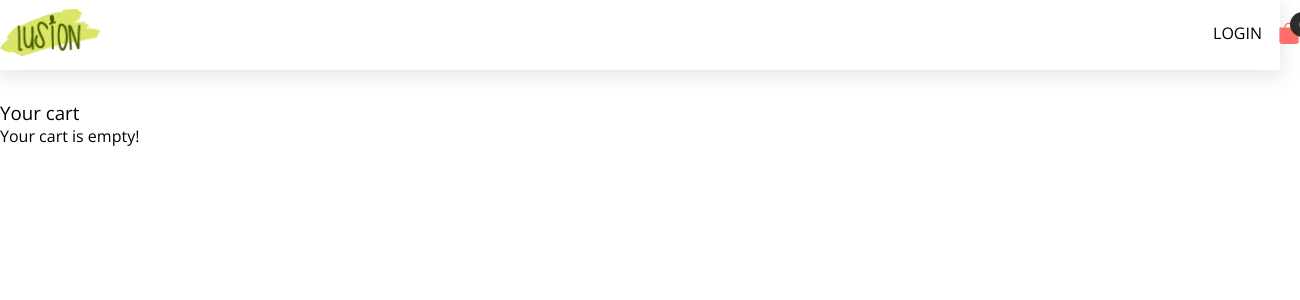
Repository: tanquangyds/Iviettech-project
Page: /cart
The author's editor kept a copy of each file at every save. The page is drawn from the files as they stood at one save, then again after the next save.
The browser window is 1280 px wide. The page is 1300 px wide, so the pictures cover 1300 px, including what lies to the right of the window. The pictures show the whole page.
The project was rebuilt for these pictures with package versions that can differ from the ones it lists, and the page was loaded fresh each time. Also part of the build but not shown: src/pages/Layouts/Auth.jsx, src/hooks/index.jsx, src/components/RolesGuard/AuthGuard.jsx, src/components/RolesGuard/GuestGuard.jsx, src/components/RolesGuard/LoadingScreen.jsx. Imported but missing from the stored project, and not drawn on this page: src/hooks/useAuth.

Above is the page before, as saved 2021-04-10 20:32:19.

### public/index.html
<!DOCTYPE html>
<html lang="en">
  <head>
    <meta charset="utf-8" />
    <link rel="icon" href="%PUBLIC_URL%/favicon.ico" />
    <meta name="viewport" content="width=device-width, initial-scale=1" />
    <meta name="theme-color" content="#000000" />
    <meta
      name="description"
      content="Web site created using create-react-app"
    />
    <link rel="apple-touch-icon" href="%PUBLIC_URL%/logo192.png" />
    <link rel="manifest" href="%PUBLIC_URL%/manifest.json" />
    <title>Redux eCommerce</title>
    <link href="https://fonts.googleapis.com/css2?family=Open+Sans:wght@300;400;600;800&display=swap" rel="stylesheet">
  </head>
  <body>
    <noscript>You need to enable JavaScript to run this app.</noscript>
    <div id="root"></div>
  </body>
</html>

### src/App.js
import {BrowserRouter as Router, Route} from "react-router-dom"
import {Provider} from "react-redux";
import { createBrowserHistory } from 'history';
import store from "./redux/store";
import { AuthProvider } from './contexts/AuthContext';
import routes, { renderRoutes } from './routes';
import './App.css';

const history = createBrowserHistory();
function App() {
  return (
    <Router>
      <Provider store={store}>
        <AuthProvider>
          {renderRoutes(routes)}
        </AuthProvider>
      </Provider>
    </Router>
  );
}

export default App;

### src/redux/store.js
import {createStore, applyMiddleware} from "redux";
import createSagaMiddleware from 'redux-saga';
import rootReducer from './reducers/rootReducer';
import { devToolsEnhancer } from 'redux-devtools-extension';
import rootSaga from './saga/index';
// create the saga middleware
const sagaMiddleware = createSagaMiddleware();
// mount it on the Store
const store = createStore(rootReducer, applyMiddleware(sagaMiddleware));
// then run the saga
sagaMiddleware.run(rootSaga)

export default store;

### src/contexts/AuthContext.jsx
/* eslint-disable import/order */
/* eslint-disable object-shorthand */
import React, { createContext, useEffect, useReducer, ReactNode } from "react";
import { useHistory } from "react-router-dom";
import { ROUTES } from "../constants/routes";
import axios from "axios";

const initialAuthState = {
  isAuthenticated: false,
  isInitialize: false,
  user: null,
};

const reducer = (state, action) => {
  switch (action.type) {
    case "INITIALIZE": {
      const { isAuthenticated, user } = action.payload;

      return {
        ...state,
        isAuthenticated,
        isInitialize: true,
        user,
      };
    }
    case "LOGIN": {
      const { user, isAuthenticated } = action.payload;

      return {
        ...state,
        isAuthenticated,
        user,
      };
    }
    case "LOGOUT": {
      return {
        ...state,
        isAuthenticated: false,
        user: null,
      };
    }

    default: {
      return { ...state };
    }
  }
};

const AuthContext = createContext({
  ...initialAuthState,
  login: () => Promise.resolve(),
  logout: () => {},
  changePassword: () => Promise.resolve(),
});

export const AuthProvider = (props) => {
  const [state, dispatch] = useReducer(reducer, initialAuthState);
  const history = useHistory();

  const login = async (username, password) => {
    try {
      // To do something.
      dispatch({
        type: "LOGIN",
        payload: {
          user: {}, // TODO: pass user data from login function above
          isAuthenticated: true,
        },
      });
    } catch (error) {
      console.log(error);
    }
  };

  const logout = async () => {
    try {
      //
      dispatch({ type: "LOGOUT" });
    } catch (error) {
      console.log("error signing out: ", error);
    }
  };

  const changePassword = async (oldPassword, newPassword) => {
    try {
      //  TODO: change password
    } catch (error) {
      console.log(error);
    }
  };

  useEffect(() => {
    const initialize = async () => {
      try {
        const User = await localStorage.getItem("UserInfo");
        console.log(User);
        if (User) {
          dispatch({
            type: "INITIALIZE",
            payload: {
              user: {},
              isAuthenticated: true,
            },
          })
        } else {
          dispatch({
            type: "INITIALIZE",
            payload: {
              user: null,
              isAuthenticated: false,
            },
          })
        }
      } catch (err) {
        dispatch({
          type: "INITIALIZE",
          payload: {
            user: null,
            isAuthenticated: false,
          },
        });
      }
    };

    initialize();
  }, []);

  if (!state.isInitialize) {
    // TODO: return Splash screen here
    return null;
  }

  return (
    <AuthContext.Provider
      value={{
        ...state,
        login,
        logout,
        changePassword,
      }}
    >
      {props.children}
    </AuthContext.Provider>
  );
};

export default AuthContext;

### src/routes.js
import React, { Suspense, Fragment, lazy } from 'react';
import { Switch, Redirect, Route } from 'react-router-dom';
import AuthLayout from './pages/Layouts/Auth';
import VerticalLayout from './pages/Layouts/Vertical';
import { AuthGuard, GuestGuard, LoadingScreen } from './components/RolesGuard/index';

import { ROUTES } from './constants/routes';

export const renderRoutes = (routes)=> {
  return (
    <Suspense fallback={<LoadingScreen />}>
      <Switch>
        {routes.map((route, i) => {
          console.log(route.guard, route.title)
          const Guard = route.guard || Fragment;
          const Layout = route.layout || Fragment;
          const Component = route.component;
          return (
            <Route
              key={i.toString()}
              path={route.path}
              exact={route.exact}
              render={(props) => (
                <Guard>
                  <Layout>
                    {route.routes ? (
                      renderRoutes(route.routes)
                    ) : (
                      <Component {...props} />
                    )}
                  </Layout>
                </Guard>
              )}
            />
          );
        })}
      </Switch>
    </Suspense>
  );
}

const routes = [
  {
    title: "Login",
    exact: true,
    path: ROUTES.LOGIN,
    component: lazy(() => import('./pages/SignIn/SignIn')),
  },
  {
    title: "Home",
    exact: true,
    path: ROUTES.HOME,
    layout: VerticalLayout,
    component: lazy(() => import('./pages/Home/Home')),
  },
  {
    title: "detail",
    exact: true,
    path: ROUTES.DETAIL,
    layout: VerticalLayout,
    component: lazy(() => import('./pages/Details/Details')),
  },
  {
    title: "Cart",
    exact: true,
    path: ROUTES.CART,
    layout: VerticalLayout,
    component: lazy(() => import('./pages/Cart/Cart')),
  },
  {
    title: "Checkout",
    path: ROUTES.CHECKOUT,
    guard: AuthGuard,
    layout: VerticalLayout,
    component: lazy(() => import('./pages/CheckOut/CheckOut')),
  },
  {
    path: '*',
    component: lazy(() => import('./pages/Notfound/Notfound')),
  }
];

export default routes;

### src/App.css
* {
  margin: 0;
  padding: 0;
  box-sizing: border-box;
}
:root {
  --white: #fff;
  --black: #000;
  --lightBlack: #2c2c2c;
  --main: #ff6e68;
}
body {
  font-family: "Open Sans", sans-serif;
}
.container {
  width: 1300px;
  margin: 0 auto;
}
.nav {
  width: 100%;
  height: 70px;
  box-shadow: 0 5px 20px 2px rgba(0, 0, 0, 0.1);
  position: fixed;
  top: 0;
  background: var(--white);
  z-index: 1;
}
.nav__container {
  width: 100%;
  display: flex;
  align-items: center;
  height: 70px;
  justify-content: space-between;
}
.nav__left img {
  width: 100px;
}
.header {
  background: url("./assets/images/banner.webp");
  width: 100%;
  height: 100vh;
}
a {
  text-decoration: none;
}
.cart-icon {
  color: var(--main);
  font-size: 22px;
}
.basket {
  position: relative;
}
.basket span {
  display: flex;
  align-items: center;
  justify-content: center;
  position: absolute;
  right: -15px;
  top: -10px;
  width: 25px;
  height: 25px;
  background: var(--lightBlack);
  border-radius: 50%;
  color: var(--white);
  font-size: 12px;
}
.row {
  display: flex;
  width: 100%;
  flex-wrap: wrap;
}
.col-2 {
  width: 16.33333333333333%;
}
.col-3 {
  width: 25%;
}
.col-6 {
  width: 50%;
}
.col-9 {
  width: 75%;
}
.mt-100 {
  margin-top: 100px;
}
.product {
  padding: 25px;
  width: 100%;
  overflow: hidden;
}
.product__img {
  width: 100%;
  height: 350px;
  overflow: hidden;
}
.product__img img {
  width: 100%;
  height: 100%;
  transition: all 0.5s linear;
}
.product__img img:hover {
  transform: scale(1.2);
}

.product__name {
  margin: 10px 0;
  text-transform: capitalize;
  color: #707070;
}
.product__discount__price {
  text-align: right;
  font-size: 18px;
}
.product__price .discount {
  color: silver;
  font-weight: 400;
  font-size: 13px;
}
.actualPrice {
  text-decoration: line-through;
  font-size: 18px;
}
.details__image {
  width: 100%;
  height: auto;
  padding-right: 30px;
}
.details__image img {
  width: 100%;
  height: auto;
  margin-bottom: 25px;
}
.details__name {
  font-size: 28px;
  color: #2c2c2c;
  font-weight: 400;
  text-transform: capitalize;
}
.details__prices {
  margin: 10px 0;
}
.details__actaul {
  text-decoration: line-through;
  font-size: 20px;
}
.details__discount {
  margin-left: 20px;
  font-size: 20px;
}
.details__incDec {
  display: flex;
}
.dec,
.inc,
.quantity {
  width: 60px;
  height: 60px;
  border: 1px solid silver;
  display: flex;
  align-items: center;
  justify-content: center;
}
.quantity {
  border-left: none;
  border-right: none;
}
.inc,
.dec {
  cursor: pointer;
}
.btn-default {
  margin-left: 10px;
  width: 100%;
  border: none;
  background: var(--main);
  color: var(--white);
  outline: none;
  font-size: 18px;
  text-transform: uppercase;
  cursor: pointer;
}
.details__p {
  margin-top: 15px;
}
.details__p h4 {
  font-weight: 600;
  margin-bottom: 10px;
  font-size: 18px;
}
/* cart */
.cart {
  margin-top: 100px;
}
.cart h3 {
  font-weight: 400;
}
.cart__heading {
  background: #f4f6f8;
  padding: 10px;
}
.cart__image img {
  width: 100px;
  height: 100px;
  object-fit: contain;
}
.verticalAlign {
  align-items: center;
  margin-top: 10px;
}
.text-center {
  text-align: center;
}
.cart__remove {
  cursor: pointer;
}
.summary {
  padding-left: 10px;
}
.summary__heading {
  background: #f4f6f8;
  padding: 10px;
}
.summary__details {
  background: var(--main);
  color: var(--white);
  padding: 15px;
}
.mb-10 {
  margin-bottom: 10px;
}
.checkout {
  border: none;
  cursor: pointer;
  outline: none;
  background: var(--white);
  color: var(--main);
  width: 100%;
  padding: 12px 5px;
  font-size: 17px;
  text-transform: uppercase;
}
@media (max-width: 765px) {
  .container {
    width: 100%;
    padding: 0 30px;
  }
  .col-3 {
    width: 50%;
  }
  .col-2 {
    width: 100%;
    text-align: center;
    padding: 5px;
  }
  .col-6 {
    width: 100%;
  }
  .col-9 {
    width: 100%;
  }
  .details__image {
    padding-right: 0;
  }
  .cart__heading {
    display: none;
  }
  .summary-col {
    width: 100% !important;
  }
  .cart__incDec {
    display: flex;
    justify-content: center;
  }
  .cart h3 {
    text-align: center;
  }
}
@media (max-width: 400px) {
  .col-3 {
    width: 100%;
  }
  .col-2 {
    width: 100%;
  }
  .col-6 {
    width: 100%;
  }
  .details__image {
    padding-right: 0;
  }
}

### src/redux/reducers/rootReducer.js
import { combineReducers } from 'redux';
import ProductsReducer from './ProductsReducer';
import CartReducer from './CartReducer';

const rootReducer = combineReducers({
    products: ProductsReducer,
    cart: CartReducer,
});
export default rootReducer;

### src/redux/saga/index.js
import { all } from 'redux-saga/effects';
import productsSaga from './productsSaga';

export default function* rootSaga() {
    yield all([productsSaga()])
}

### src/constants/routes.js
export const ROUTES = {
  HOME: '/',
  DETAIL: '/details/:id',
  CART: '/cart',
  LOGIN: '/login',
  CHECKOUT: '/checkout'
};

### src/pages/Layouts/Vertical.jsx
import React, { PropsWithChildren, Suspense } from 'react';
import Nav from '../../components/NavTop/NavTop';

const loading = () => <div className="text-center" />;

const VerticalLayout = (props) => {
  return (
    <div className="app">
      <div id="wrapper">
        <div className="content-page">
          <div className="content">
            <div>
              <Nav/>
              <Suspense fallback={loading()}>{props.children}</Suspense>
            </div>
          </div>
        </div>
      </div>
    </div>
  );
};

export default VerticalLayout;

### src/components/RolesGuard/index.js
export * from './AuthGuard';
export * from './GuestGuard';
export * from './LoadingScreen';

### src/pages/Cart/Cart.js
import React from "react";
import { useSelector, useDispatch } from "react-redux";
import currencyFormatter from "currency-formatter";
import { BsDash, BsPlus } from "react-icons/bs";
import { BsReverseBackspaceReverse } from "react-icons/bs";
const Cart = () => {
  const { products, totalQuantities, totalPrice } = useSelector(
    (state) => state.cart
  );
  const dispatch = useDispatch();

  return (
    <div className="cart">
      <div className="container">
        <h3>Your cart</h3>
        {products.length > 0 ? (
          <>
            <div className="row">
              <div className="col-9">
                <div className="cart__heading">
                  <div className="row">
                    <div className="col-2">Picture</div>
                    <div className="col-2">Name</div>
                    <div className="col-2">Price</div>
                    <div className="col-2">Inc/Dec</div>
                    <div className="col-2">Total Price</div>
                    <div className="col-2">Remove</div>
                  </div>
                </div>
                {products.map((product) => (
                  <div className="row verticalAlign" key={product.id}>
                    <div className="col-2">
                      <div className="cart__image">
                        <img src={product.poster[0].url} alt="" />
                      </div>
                    </div>
                    <div className="col-2">
                      <div className="cart__name">{product.name}</div>
                    </div>
                    <div className="col-2">
                      <div className="cart__price">
                        {currencyFormatter.format(product.discountPrice, {
                          code: "USD",
                        })}
                      </div>
                    </div>
                    <div className="col-2">
                      <div className="details__info cart__incDec">
                        <div className="details__incDec">
                          <span
                            className="dec"
                            onClick={() =>
                              dispatch({ type: "DEC", payload: product.id })
                            }
                          >
                            <BsDash />
                          </span>
                          <span className="quantity">{product.quantity}</span>
                          <span
                            className="inc"
                            onClick={() =>
                              dispatch({ type: "INC", payload: product.id })
                            }
                          >
                            <BsPlus />
                          </span>
                        </div>
                      </div>
                    </div>
                    <div className="col-2">
                      <div className="cart__total text-center">
                        {currencyFormatter.format(
                          product.discountPrice * product.quantity,
                          { code: "USD" }
                        )}
                      </div>
                    </div>
                    <div className="col-2">
                      <div
                        className="cart__remove"
                        onClick={() =>
                          dispatch({ type: "REMOVE", payload: product.id })
                        }
                      >
                        <BsReverseBackspaceReverse />
                      </div>
                    </div>
                  </div>
                ))}
              </div>
              <div className="col-3 summary-col">
                <div className="summary">
                  <div className="summary__heading">Summary</div>
                  <div className="summary__details">
                    <div className="row mb-10">
                      <div className="col-6">Total Items:</div>
                      <div className="col-6">{totalQuantities}</div>
                    </div>
                    <div className="row mb-10">
                      <div className="col-6">Total Price</div>
                      <div className="col-6">
                        {currencyFormatter.format(totalPrice, { code: "USD" })}
                      </div>
                    </div>
                    <button type="button" className="checkout">
                      Checkout
                    </button>
                  </div>
                </div>
              </div>
            </div>
          </>
        ) : (
          "Your cart is empty!"
        )}
      </div>
    </div>
  );
};

export default Cart;

### src/redux/reducers/ProductsReducer.js
import * as types from '../actions/Constants'
const initState = {
    products: [],
    product: {},
    loading: false,
    error: null,
    totalCount: 0,
}

function ProductsReducer(state = initState, action) {
    switch (action.type) {
        case types.GET_PRODUCTS_REQUEST:
            return {
                ...state,
                loading: true,
            }
        case types.GET_PRODUCTS_SUCCESS:
            return {
                ...state,
                loading: false,
                products: action.products.data,
                totalCount: action.products.count
            }
        case types.GET_PRODUCTS_FAILED:
            return {
                ...state,
                loading: false,
                error: action.message
            }
        case types.GET_PRODUCT_REQUEST:
            return {
                ...state,
                loading: true,
            }
        case types.GET_PRODUCT_SUCCESS:
            return {
                ...state,
                loading: false,
                product: action.product,
            }
        case types.GET_PRODUCT_FAILED:
            return {
                ...state,
                loading: false,
                error: action.message
            }
        default:
            return state
    }
}

export default ProductsReducer;

### src/redux/saga/productsSaga.js
import { call, put, takeLatest } from "redux-saga/effects";
import * as types from "../actions/Constants";
import axios from "axios";

const apiUrl = "http://localhost:3001/products";

function getProducts() {
  return axios
    .get(apiUrl)
    .then((response) => {
      return {
        count: parseInt(response.headers["x-total-count"]),
        data: response.data,
      };
    })
    .catch((e) => {
      throw e;
    });
}
function getProduct(params) {
  const urlWithParams = `${apiUrl}/${params}`;
  return axios
    .get(urlWithParams)
    .then((response) => {
      return response.data;
    })
    .catch((e) => {
      throw e;
    });
}

function* fetchData(action) {
  try {
    const products = yield call(getProducts);
    yield put({ type: types.GET_PRODUCTS_SUCCESS, products: products });
  } catch (e) {
    yield put({ type: types.GET_PRODUCTS_FAILED, message: e.message });
  }
}

function* fetchProduct(action) {
  try {
    const product = yield call(getProduct, action.payload);
    yield put({ type: types.GET_PRODUCT_SUCCESS, product: product });
  } catch (e) {
    yield put({ type: types.GET_PRODUCT_FAILED, message: e.message });
  }
}

function* productsSaga() {
  yield takeLatest(types.GET_PRODUCTS_REQUEST, fetchData);
  yield takeLatest(types.GET_PRODUCT_REQUEST, fetchProduct);
}

export default productsSaga;

### src/components/NavTop/NavTop.js
import React from 'react'
import { useHistory } from "react-router-dom";
import {useSelector} from "react-redux";
import { BsFillBagFill } from "react-icons/bs";
import { ROUTES } from '../../constants/routes';
import './NavTop.css';
const Nav = () => {
    const {totalQuantities} = useSelector(state => state.cart)
    const history = useHistory();
    return (
        <div className="nav">
            <div className="container">
                <div className="nav__container">
                    <div className="nav__left">
                        <div onClick={() => history.push(ROUTES.HOME)}><img src="/images/logo.webp" alt="logo"/></div>
                    </div>
                    <div className="nav__right">
                        <div className="btn-login" onClick={() => history.push(ROUTES.LOGIN)}>LOGIN</div>
                        <div className="cart-box" onClick={() => history.push(ROUTES.CART)}>
                            <div className="basket">
                                <BsFillBagFill className="cart-icon" />
                                <span>{totalQuantities}</span>
                            </div>
                        </div>
                    </div>
                </div>
            </div>
        </div>
    )
}

export default Nav

### src/redux/actions/Constants.js
export const GET_PRODUCTS_REQUEST = 'GET_PRODUCTS_REQUEST';
export const GET_PRODUCTS_SUCCESS = 'GET_PRODUCTS_SUCCESS';
export const GET_PRODUCTS_FAILED = 'GET_PRODUCTS_FAILED';
export const TO_DETAIL_PRODUCT =  'TO_DETAIL_PRODUCT';
export const GET_PRODUCT_REQUEST = 'GET_PRODUCT_REQUEST';
export const GET_PRODUCT_SUCCESS = 'GET_PRODUCT_SUCCESS';
export const GET_PRODUCT_FAILED = 'GET_PRODUCT_FAILED';

### src/components/NavTop/NavTop.css
.nav__right {
  display: flex;
}
.btn-login {
  margin-right: 1rem;
  cursor: pointer;
}
.cart-box {
  cursor: pointer;
}

### src/components/payment/payment.jsx
import React from 'react';
import { makeStyles } from '@material-ui/core/styles';
import Modal from '@material-ui/core/Modal';
import Backdrop from '@material-ui/core/Backdrop';
import Fade from '@material-ui/core/Fade';

const useStyles = makeStyles((theme) => ({
  modal: {
    display: 'flex',
    alignItems: 'center',
    justifyContent: 'center',
  },
  paper: {
    backgroundColor: theme.palette.background.paper,
    border: '2px solid #000',
    boxShadow: theme.shadows[5],
    padding: theme.spacing(2, 4, 3),
  },
}));

export default function TransitionsModal() {
  const classes = useStyles();
  const [open, setOpen] = React.useState(false);

  const handleOpen = () => {
    setOpen(true);
  };

  const handleClose = () => {
    setOpen(false);
  };

  return (
    <div>
      <button type="button" onClick={handleOpen}>
        react-transition-group
      </button>
      <Modal
        aria-labelledby="transition-modal-title"
        aria-describedby="transition-modal-description"
        className={classes.modal}
        open={open}
        onClose={handleClose}
        closeAfterTransition
        BackdropComponent={Backdrop}
        BackdropProps={{
          timeout: 500,
        }}
      >
        <Fade in={open}>
          <div className={classes.paper}>
            <h2 id="transition-modal-title">Transition modal</h2>
            <p id="transition-modal-description">react-transition-group animates me.</p>
          </div>
        </Fade>
      </Modal>
    </div>
  );
}

Loaded but not shown: src/index.js (common file); src/reportWebVitals.js (common file); src/redux/reducers/CartReducer.js (79 lines, source omitted)

After the next save:
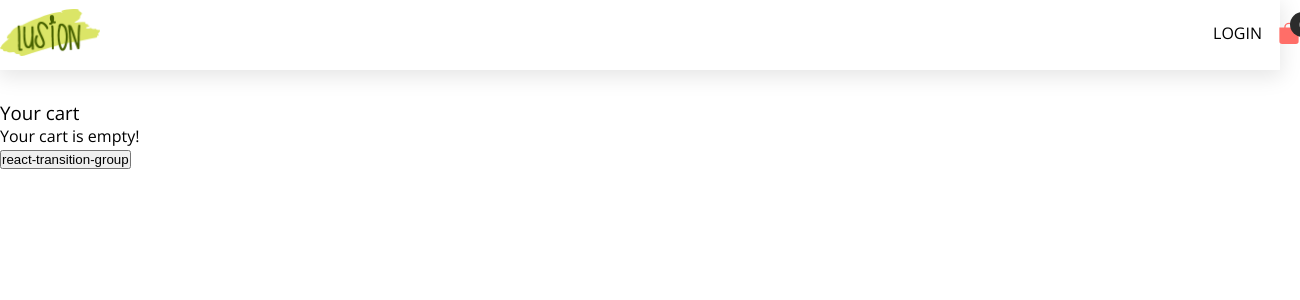
Saved 19 min 18 s later.
--- a/src/pages/Cart/Cart.js
+++ b/src/pages/Cart/Cart.js
@@ -3,6 +3,9 @@
 import currencyFormatter from "currency-formatter";
 import { BsDash, BsPlus } from "react-icons/bs";
 import { BsReverseBackspaceReverse } from "react-icons/bs";
+
+import TransitionsModal from "../../components/payment/payment";
+
 const Cart = () => {
   const { products, totalQuantities, totalPrice } = useSelector(
     (state) => state.cart
@@ -114,6 +117,7 @@
           "Your cart is empty!"
         )}
       </div>
+      <TransitionsModal />
     </div>
   );
 };

After the save that followed:
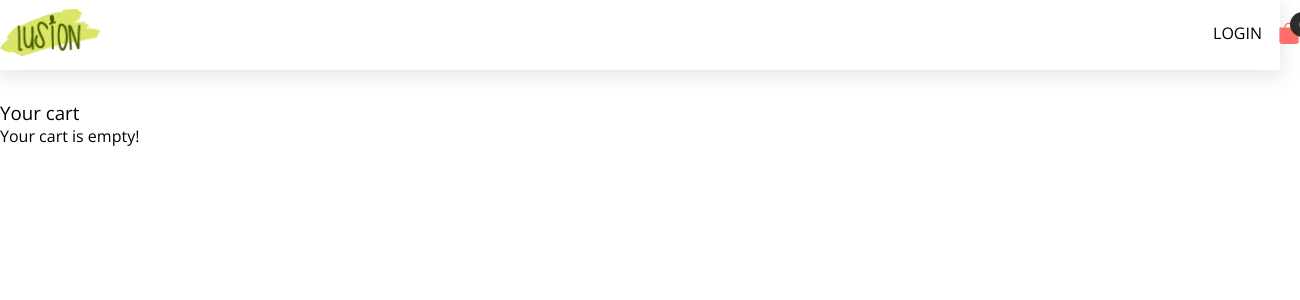
Saved 100 s later.
--- a/src/pages/Cart/Cart.js
+++ b/src/pages/Cart/Cart.js
@@ -12,6 +12,9 @@
   );
   const dispatch = useDispatch();
 
+  const openModal = () => {
+    <TransitionsModal />;
+  };
   return (
     <div className="cart">
       <div className="container">
@@ -105,7 +108,11 @@
                         {currencyFormatter.format(totalPrice, { code: "USD" })}
                       </div>
                     </div>
-                    <button type="button" className="checkout">
+                    <button
+                      type="button"
+                      className="checkout"
+                      onClick={openModal}
+                    >
                       Checkout
                     </button>
                   </div>
@@ -117,7 +124,6 @@
           "Your cart is empty!"
         )}
       </div>
-      <TransitionsModal />
     </div>
   );
 };
